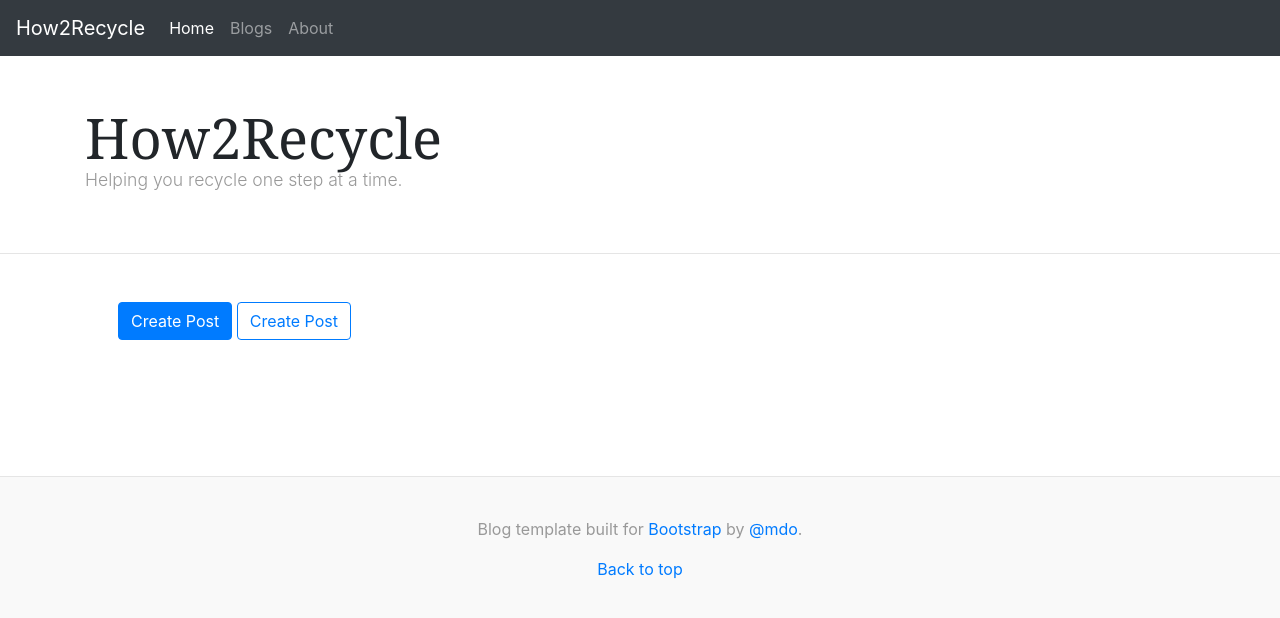
Repository: AshokSasi/CopyNPasta-Recycle-App
Page: http://localhost/posts/index
The author's editor kept a copy of each file at every save. The page is drawn from the files as they stood at one save, then again after the next save.
The browser window is 1280 px wide. The pictures show the whole page.
The page is served by the project's Laravel application, run on PHP 8.4 with Laravel 8. Queries for data that is not in the repository find no rows.

Above is the page before, as saved 2021-09-25 15:15:10.

After the next save:
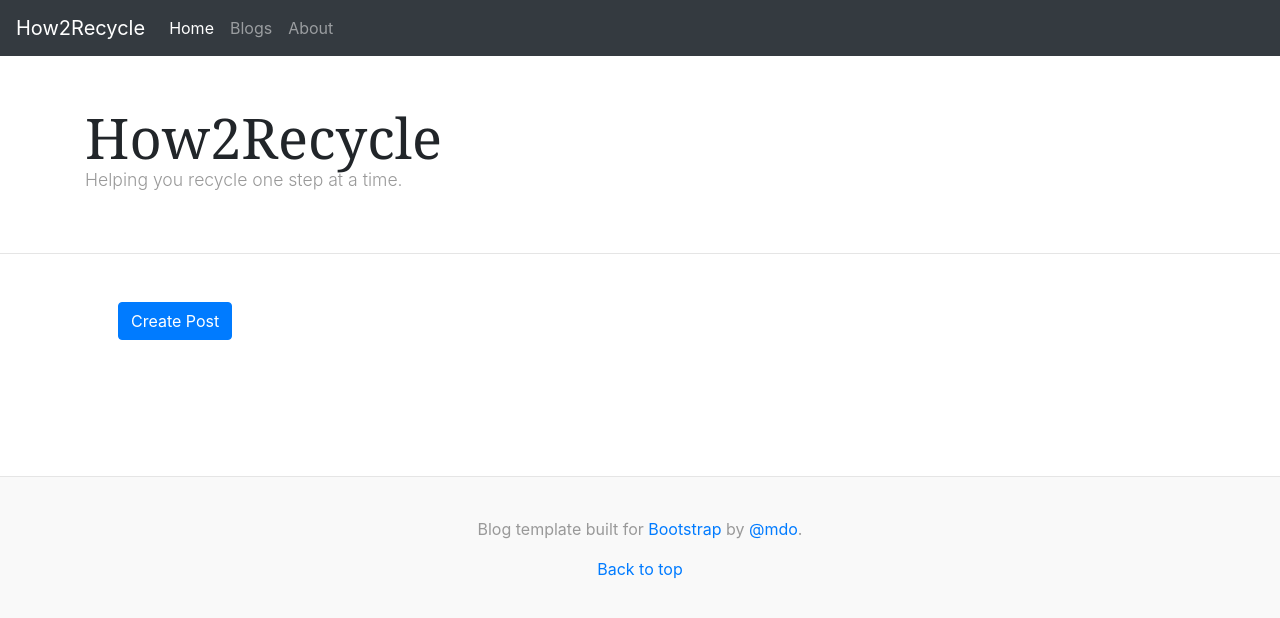
Saved 4 s later.
--- a/resources/views/posts/index.blade.php
+++ b/resources/views/posts/index.blade.php
@@ -10,7 +10,7 @@
 
           </div>
           <button class="btn btn-primary">Create Post</button>
-          <a class="btn btn-outline-primary" href="/posts/create">Create Post</a>
+
           <br/>
           <br/>
 
